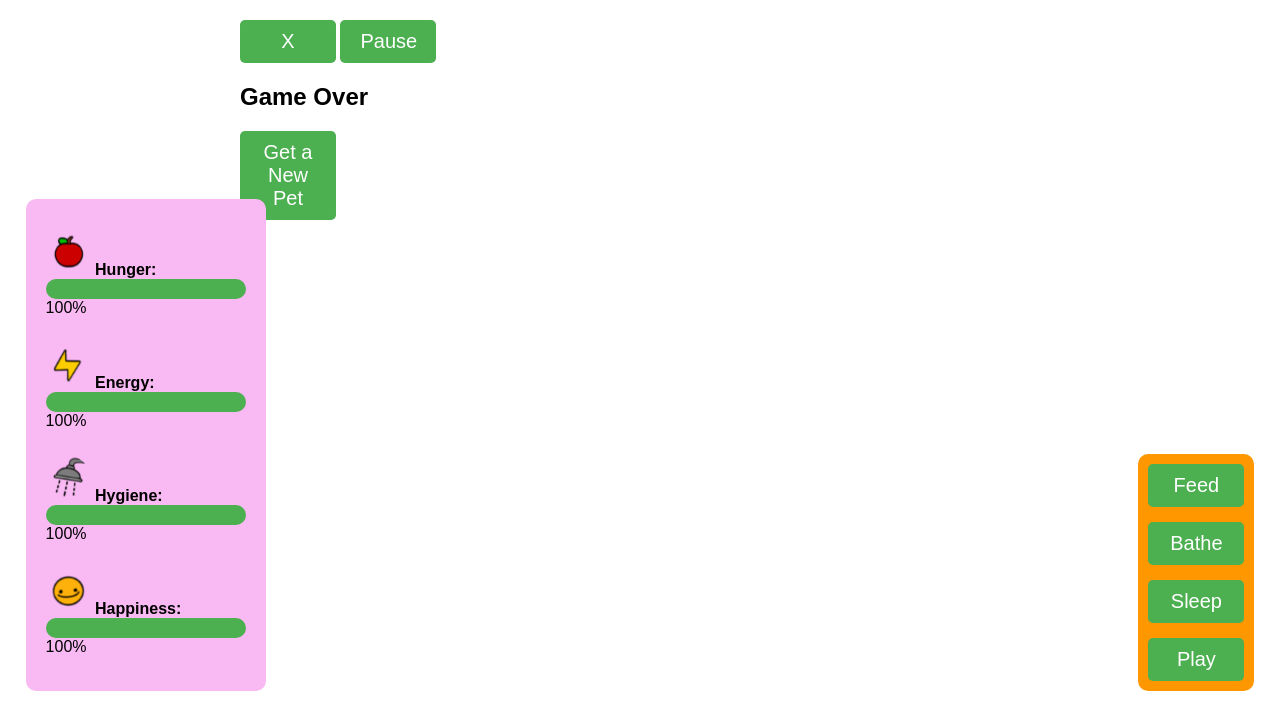
Repository: sarahjx/CapyCare
Page: html/index.html
These files come from the project's save history. The page is drawn as it stood at one moment and after a run of saves; the edit follows.
The browser window is 1280 px wide. The pictures show the whole page.
Some web fonts or font styles are not loaded; a fallback is used.

Above is the page before, as saved 2025-04-30 17:59:12.

### html/index.html
<!-- @format -->

<!DOCTYPE html>
<html lang="en">
  <head>
    <meta charset="UTF-8" />
    <meta name="viewport" content="width=device-width, initial-scale=1.0" />
    <title>Virtual Pet Game</title>
    <link rel="preconnect" href="https://fonts.googleapis.com">
    <link rel="preconnect" href="https://fonts.gstatic.com" crossorigin>
    <link href="https://fonts.googleapis.com/css2?family=McLaren&display=swap" rel="stylesheet">
    <link rel="stylesheet" href="../css/statusbar.css" />
  </head>
  <body>
    <div class="status-bar-container">

      <div class="status-bar">
        <div class="status-icon-container">
        <span class="hunger-icon"><img src="../images/hunger.svg" alt="hunger icon"></span>
        <span class="status-label">Hunger:</span>
        </div>
        <div class="status-progress">
          <div id="hunger-bar" class="status-fill" style="width: 100%"></div>
        </div>
        <span id="hunger-value">100%</span>
        <div id="hunger-warning" class="warning"></div>
      </div>

      <div class="status-bar">
        <div class="status-icon-container">
        <span class="energy-icon"><img src="../images/energy.svg" alt="energy icon"></span>
        <span class="status-label">Energy:</span>
        </div>
        <div class="status-progress">
          <div id="energy-bar" class="status-fill" style="width: 100%"></div>
        </div>
        <span id="energy-value">100%</span>
        <div id="energy-warning" class="warning"></div>
      </div>

      <div class="status-bar">
        <div class="status-icon-container">
        <span class="hygiene-icon"><img src="../images/hygiene.svg" alt="hygiene icon"></span>
        <span class="status-label">Hygiene:</span>
        </div>
        <div class="status-progress">
          <div id="hygiene-bar" class="status-fill" style="width: 100%"></div>
        </div>
        <span id="hygiene-value">100%</span>
        <div id="hygiene-warning" class="warning"></div>
      </div>

      <div class="status-bar">
        <span class="happiness-icon"><img src="../images/happiness.svg" alt="happiness icon"></span>
        <span class="status-label">Happiness:</span>
        <div class="status-progress">
          <div id="happiness-bar" class="status-fill" style="width: 100%"></div>
        </div>
        <span id="happiness-value">100%</span>
        <div id="happiness-warning" class="warning"></div>
      </div>
    </div id="menu-wraper">
    <button id="toggle-button">X</button>

      <div class="action-buttons">
        <button onclick="feedPet(currentPet)">Feed</button>
        <button onclick="bathePet(currentPet)">Bathe</button>
        <button onclick="bedtime(currentPet)">Sleep</button>
        <button onclick="touchPet(currentPet)">Play</button>
      </div>
      <button id="pauseButton" onclick="togglePause()" class="pause-button">
        Pause
      </button>
    </div>

    <div id="gameOverScreen" class="game-over-screen">
      <div class="game-over-content">
        <h2>Game Over</h2>
        <p id="gameOverMessage"></p>
        <button onclick="resetGame()">Get a New Pet</button>
      </div>
    </div>

    <script src="../backend/status.js"></script>
  </body>
</html>

### css/statusbar.css
:root {
  --primary-color: #F9D9D9;
  --secondary-color: #D9E7F9;
  --tertiary-color: #FFF1FB;
  --accent-color: #F7EFD7;
  --text-color: #333;
  --spacing-xs: 0.5rem;
  --spacing-sm: 0.75rem;
  --spacing-md: 1rem;
  --spacing-lg: 1.5rem;
  --spacing-xl: 2rem;
  --spacing-xxl: 3rem;
  --font-family: 'McLaren', sans-serif;
  --font-size-xs: 0.75rem;
  --font-size-sm: 0.875rem;
  --font-size-md: 1rem;
  --font-size-lg: 1.125rem;
  --font-size-xl: 1.25rem;
  --font-size-xxl: 1.5rem;
}

body {
  font-family: var(--font-family);
  font-weight: 10;
  max-width: 800px;
  margin: 0 auto;
  padding: 20px;
  background-color: #ffffff;
}

.status-bar-container {
  position: fixed;
  background-color: rgb(249, 185, 243);
  padding: 20px;
  border-radius: 10px;
  display: inline-flex;
  flex-direction: column;
  bottom: 4%;
  left: 2%;
}

.status-bar {
  margin: 10px 0;
}

.status-label {
  display: inline-block;
  width: 100px;
  font-weight: bold;
}

.status-progress {
  width: 200px;
  height: 20px;
  background-color: #eee;
  border-radius: 10px;
  overflow: hidden;
}

.status-fill {
  height: 100%;
  background-color: #4caf50;
  transition: width 0.3s ease;
}

.action-buttons {
  margin-top: 20px;
  display: inline-flex;
  flex-direction: column;
  padding: 10px;
  border-radius: 10px;
  gap: 15px;
  background-color: #ff9800;
  position: fixed;
  right: 2%;
  bottom: 4%;

}


button {
  padding: 10px 20px;
  border: none;
  border-radius: 5px;
  background-color: #4caf50;
  color: white;
  cursor: pointer;
  transition: background-color 0.3s;
  width: 6rem;
  font-family: var(--font-family);
  font-weight: 7pt;
  font-size: var(--font-size-xl);

}

button:hover {
  background-color: #45a049;
}

.warning {
  color: #ff9800;
  font-weight: bold;
  margin-top: 5px;
}

.critical {
  color: #f44336;
  font-weight: bold;
  margin-top: 5px;
}

### backend/status.js
/** @format */

function Personality(favFood, active, clean, clingy, foodLover, introText) {
  this.favFood = favFood;
  this.active = active;
  this.clean = clean;
  this.clingy = clingy;
  this.foodLover = foodLover;
  this.intro = introText;
}

const mix1 = new Personality(
  "Sunfruit",
  true,
  true,
  true,
  true,
  "This pet is energetic and playful, always ready to explore or play. They love the taste of Sunfruit and will happily eat it when offered, but they'll need constant attention, so expect lots of petting and cuddling. Despite their active nature, they stay clean and are easy to bathe. This pet loves affection and will return it in kind!"
);
const mix2 = new Personality(
  "Snakberry",
  true,
  true,
  false,
  true,
  "This pet is full of energy and loves to make the most of their days. They are particularly fond of Snakberries, which they will devour happily, but they tend to get hungry more often due to their high energy levels. Despite their active nature, they keep themselves clean and are easy to bathe. They're not overly clingy, so while they'll happily spend time with you, they won't be demanding affection constantly."
);
const mix3 = new Personality(
  "Dreamleaf",
  false,
  false,
  true,
  false,
  "This pet is laid-back and enjoys spending time with you, always seeking your company. They love Dreamleaf as a treat, but they're not particularly food-driven and don't get hungry as often. While they may get a little dirty from time to time, they tend to move around when you try to bathe them. Expect them to seek out your attention frequently, and be ready to shower them with love when they come to you for pets."
);

const personalities = [mix1, mix2, mix3];

// Global variable to store current pet
let currentPet = null;

// Store interval IDs globally
let hungerInterval = null;
let energyInterval = null;
let hygieneInterval = null;
let happinessInterval = null;

let isGameOver = false;

function getRandomPersonality() {
  const randomIndex = Math.floor(Math.random() * personalities.length);
  currentPet = personalities[randomIndex];
  console.log("New pet initialized:", currentPet.intro);
  return currentPet;
}

let hunger = 100;
let energy = 100;
let hygiene = 100;
let happiness = 100;

// Personality-based status decrease functions
function decreaseHunger() {
  if (!currentPet || isGameOver) return;

  // Food lovers get hungry faster
  const decreaseAmount = currentPet.foodLover ? 15 : 10;
  if (hunger <= 0) {
    hunger = 0;
    if (checkGameOver()) return;
  } else if (hunger > 0) {
    hunger -= decreaseAmount;
    if (checkGameOver()) return;
  }
  console.log("Hunger: " + hunger);
  warning();
}

function decreaseEnergy() {
  if (!currentPet || isGameOver) return;

  // Active pets lose energy faster
  const decreaseAmount = currentPet.active ? 15 : 10;
  if (energy <= 0) {
    energy = 0;
    if (checkGameOver()) return;
  } else if (energy > 0) {
    energy -= decreaseAmount;
    if (checkGameOver()) return;
  }
  console.log("Energy: " + energy);
  warning();
}

function decreaseHygiene() {
  if (!currentPet || isGameOver) return;

  // Clean pets lose hygiene slower
  const decreaseAmount = currentPet.clean ? 8 : 12;
  if (hygiene <= 0) {
    hygiene = 0;
    if (checkGameOver()) return;
  } else if (hygiene > 0) {
    hygiene -= decreaseAmount;
    if (checkGameOver()) return;
  }
  console.log("Hygiene: " + hygiene);
  warning();
}

function decreaseHappiness() {
  if (!currentPet || isGameOver) return;

  // Clingy pets lose happiness faster when not attended to
  const decreaseAmount = currentPet.clingy ? 15 : 10;
  if (happiness <= 0) {
    happiness = 0;
    if (checkGameOver()) return;
  } else if (happiness > 0) {
    happiness -= decreaseAmount;
    if (checkGameOver()) return;
  }
  console.log("Happiness: " + happiness);
  warning();
}

// Update intervals with personality-based timing
function updateIntervals() {
  // Clear any existing intervals
  if (hungerInterval) clearInterval(hungerInterval);
  if (energyInterval) clearInterval(energyInterval);
  if (hygieneInterval) clearInterval(hygieneInterval);
  if (happinessInterval) clearInterval(happinessInterval);

  // Set new intervals based on personality
  hungerInterval = setInterval(
    () => {
      decreaseHunger();
      warning();
    },
    currentPet.foodLover ? 6000 : 8000
  );

  energyInterval = setInterval(
    () => {
      decreaseEnergy();
      warning();
    },
    currentPet.active ? 8000 : 12000
  );

  hygieneInterval = setInterval(
    () => {
      decreaseHygiene();
      warning();
    },
    currentPet.clean ? 18000 : 15000
  );

  happinessInterval = setInterval(
    () => {
      decreaseHappiness();
      warning();
    },
    currentPet.clingy ? 8000 : 10000
  );

  console.log("Intervals updated for pet:", currentPet.intro);
}

// Pause game function
function pauseGame() {
  if (hungerInterval) clearInterval(hungerInterval);
  if (energyInterval) clearInterval(energyInterval);
  if (hygieneInterval) clearInterval(hygieneInterval);
  if (happinessInterval) clearInterval(happinessInterval);
  console.log("Game paused");
}

// Resume game function
function resumeGame() {
  updateIntervals();
  console.log("Game resumed");
}

// Initialize with a random pet and start intervals
currentPet = getRandomPersonality();
updateIntervals();

function touchPet(personality) {
  if (personality.clingy) {
    gainStatus("happiness");
    console.log("Your pet loves the attention!");
  } else {
    loseStatus("happiness");
    console.log("Your pet prefers their space.");
  }
}

function feedPet(personality) {
  gainStatus("hunger"); // Always increase hunger
  if (personality.foodLover) {
    gainStatus("happiness");
    console.log("Your pet loves the food!");
  } else {
    loseStatus("happiness");
    console.log("Your pet isn't very interested in food.");
  }
}

function bathePet(personality) {
  gainStatus("hygiene"); // Always increase hygiene
  if (personality.clean) {
    gainStatus("happiness");
    console.log("Your pet enjoys being clean!");
  } else {
    loseStatus("happiness");
    console.log("Your pet doesn't like baths.");
  }
}

function bedtime(personality) {
  gainStatus("energy"); // Always increase energy
  if (personality.active) {
    loseStatus("happiness");
    console.log("Your pet is too energetic to sleep!");
  } else {
    gainStatus("happiness");
    console.log("Your pet enjoys resting.");
  }
}

function gainStatus(category) {
  switch (category) {
    case "hunger":
      if (hunger >= 100) {
        console.log("Hunger is full!");
      } else if (hunger < 100) {
        hunger += 10;
        console.log("Hunger: " + hunger);
      }
      break;
    case "energy":
      if (energy >= 100) {
        console.log("Energy is full!");
      } else if (energy < 100) {
        energy += 10;
        console.log("Energy: " + energy);
      }
      break;
    case "hygiene":
      if (hygiene >= 100) {
        console.log("Hygiene is full!");
      } else if (hygiene < 100) {
        hygiene += 10;
        console.log("Hygiene: " + hygiene);
      }
      break;
    case "happiness":
      if (happiness >= 100) {
        console.log("Happiness is full!");
      } else if (happiness < 100) {
        happiness += 10;
        console.log("Happiness: " + happiness);
      }
      break;
    default:
      console.log("Invalid category");
  }
}

function loseStatus(category) {
  switch (category) {
    case "hunger":
      if (hunger <= 0) {
        console.log("Hunger is empty!");
        hunger = 0;
      } else if (hunger > 0) {
        hunger -= 10;
        console.log("Hunger: " + hunger);
      }
      break;
    case "energy":
      if (energy <= 0) {
        console.log("Energy is empty!");
        energy = 0;
      } else if (energy > 0) {
        energy -= 10;
        console.log("Energy: " + energy);
      }
      break;
    case "hygiene":
      if (hygiene <= 0) {
        console.log("Hygiene is empty!");
        hygiene = 0;
      } else if (hygiene > 0) {
        hygiene -= 10;
        console.log("Hygiene: " + hygiene);
      }
      break;
    case "happiness":
      if (happiness <= 0) {
        console.log("Happiness is empty!");
        happiness = 0;
      } else if (happiness > 0) {
        happiness -= 10;
        console.log("Happiness: " + happiness);
      }
      break;
    default:
      console.log("Invalid category");
  }
}

function warning() {
  // Hunger warnings
  if (hunger <= 50 && hunger > 20) {
    document.getElementById("hunger-warning").textContent =
      "Your pet is getting hungry!";
    document.getElementById("hunger-warning").className = "warning";
  } else if (hunger <= 20 && hunger > 0) {
    document.getElementById("hunger-warning").textContent =
      "Your pet is starving!";
    document.getElementById("hunger-warning").className = "critical";
  } else {
    document.getElementById("hunger-warning").textContent = "";
  }

  // Energy warnings
  if (energy <= 50 && energy > 20) {
    document.getElementById("energy-warning").textContent =
      "Your pet is getting tired!";
    document.getElementById("energy-warning").className = "warning";
  } else if (energy <= 20 && energy > 0) {
    document.getElementById("energy-warning").textContent =
      "Your pet is exhausted!";
    document.getElementById("energy-warning").className = "critical";
  } else {
    document.getElementById("energy-warning").textContent = "";
  }

  // Hygiene warnings
  if (hygiene <= 50 && hygiene > 20) {
    document.getElementById("hygiene-warning").textContent =
      "Your pet needs a bath!";
    document.getElementById("hygiene-warning").className = "warning";
  } else if (hygiene <= 20 && hygiene > 0) {
    document.getElementById("hygiene-warning").textContent =
      "Your pet is filthy!";
    document.getElementById("hygiene-warning").className = "critical";
  } else {
    document.getElementById("hygiene-warning").textContent = "";
  }

  // Happiness warnings
  if (happiness <= 50 && happiness > 20) {
    document.getElementById("happiness-warning").textContent =
      "Your pet is getting sad!";
    document.getElementById("happiness-warning").className = "warning";
  } else if (happiness <= 20 && happiness > 0) {
    document.getElementById("happiness-warning").textContent =
      "Your pet is depressed!";
    document.getElementById("happiness-warning").className = "critical";
  } else {
    document.getElementById("happiness-warning").textContent = "";
  }
}

function checkGameOver() {
  if (hunger <= 0 || energy <= 0 || hygiene <= 0 || happiness <= 0) {
    isGameOver = true;
    pauseGame();
    showGameOver();
    return true;
  }
  return false;
}

function showGameOver() {
  let reason = "";
  if (hunger <= 0) reason = "Your pet starved to death!";
  else if (energy <= 0) reason = "Your pet died from exhaustion!";
  else if (hygiene <= 0) reason = "Your pet died from poor hygiene!";
  else if (happiness <= 0) reason = "Your pet died from sadness!";

  console.log("GAME OVER: " + reason);
  document.getElementById("gameOverMessage").textContent = reason;
  document.getElementById("gameOverScreen").style.display = "flex";
}

function resetGame() {
  isGameOver = false;
  hunger = 70;
  energy = 70;
  hygiene = 70;
  happiness = 70;
  document.getElementById("gameOverScreen").style.display = "none";
  currentPet = getRandomPersonality();
  updateStatusBars();
  updateIntervals();
}

let isPaused = false;

      function togglePause() {
        isPaused = !isPaused;
        const pauseButton = document.getElementById("pauseButton");
        const buttons = document.querySelectorAll(
          ".buttons button:not(#pauseButton)"
        );

        if (isPaused) {
          pauseButton.textContent = "Resume";
          pauseButton.classList.add("paused");
          buttons.forEach((button) => (button.disabled = true));
          pauseGame();
        } else {
          pauseButton.textContent = "Pause";
          pauseButton.classList.remove("paused");
          buttons.forEach((button) => (button.disabled = false));
          resumeGame();
        }
      }

      // Update status bars
      function updateStatusBars() {
        document.getElementById("hunger-bar").style.width = hunger + "%";
        document.getElementById("energy-bar").style.width = energy + "%";
        document.getElementById("hygiene-bar").style.width = hygiene + "%";
        document.getElementById("happiness-bar").style.width = happiness + "%";

        document.getElementById("hunger-value").textContent = hunger + "%";
        document.getElementById("energy-value").textContent = energy + "%";
        document.getElementById("hygiene-value").textContent = hygiene + "%";
        document.getElementById("happiness-value").textContent =
          happiness + "%";
      }

      // Override console.log to update UI
      const originalConsoleLog = console.log;
      console.log = function () {
        originalConsoleLog.apply(console, arguments);
        updateStatusBars();
      };

      // Initial update
      updateStatusBars();

After the next 3 saves:
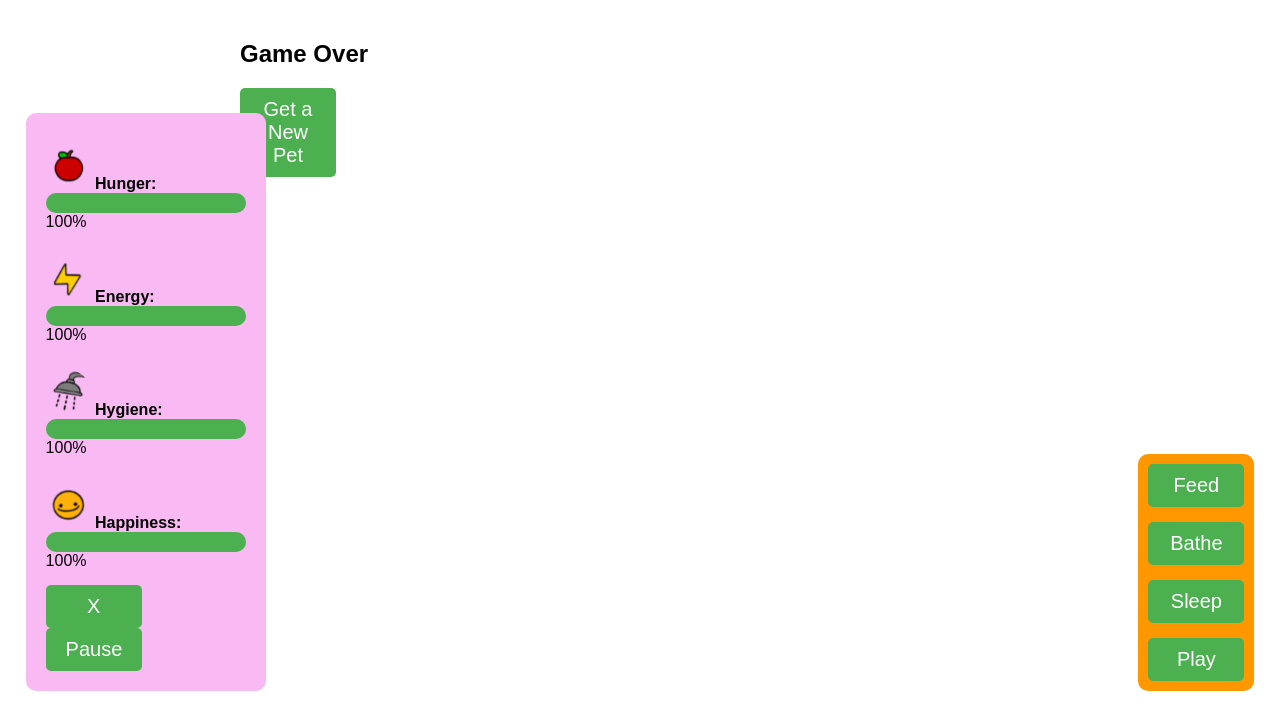
The 3 saves are shown as one change because they came seconds apart.
The last was saved 8 s later.
--- a/html/index.html
+++ b/html/index.html
@@ -51,8 +51,10 @@
       </div>
 
       <div class="status-bar">
+        <div class="status-icon-container">
         <span class="happiness-icon"><img src="../images/happiness.svg" alt="happiness icon"></span>
         <span class="status-label">Happiness:</span>
+
         <div class="status-progress">
           <div id="happiness-bar" class="status-fill" style="width: 100%"></div>
         </div>

After the save that followed:
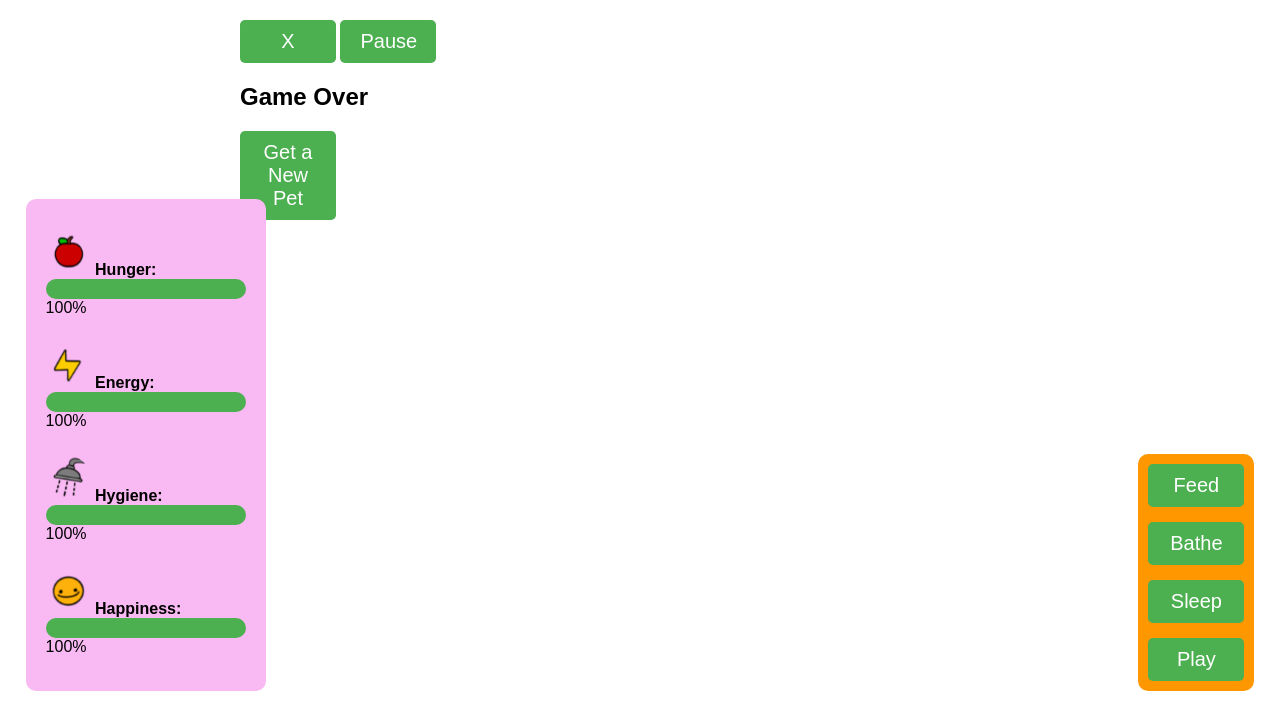
Saved 9 s later.
--- a/html/index.html
+++ b/html/index.html
@@ -54,7 +54,7 @@
         <div class="status-icon-container">
         <span class="happiness-icon"><img src="../images/happiness.svg" alt="happiness icon"></span>
         <span class="status-label">Happiness:</span>
-
+        </div>
         <div class="status-progress">
           <div id="happiness-bar" class="status-fill" style="width: 100%"></div>
         </div>
